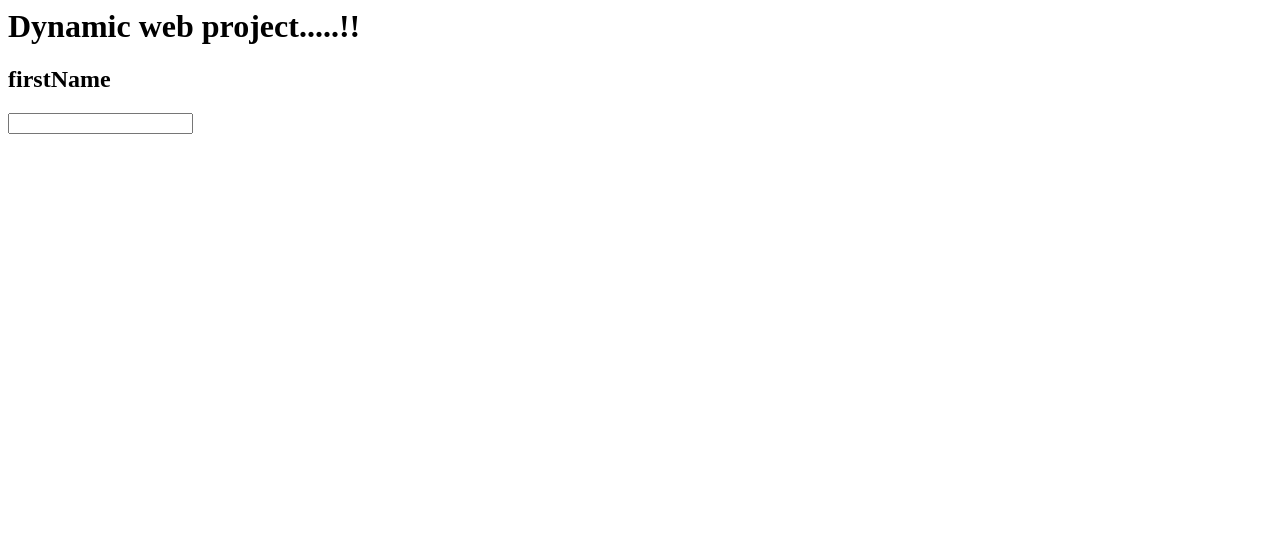
Repository: Jatdevta/AdvanceJava
Page: http://localhost/DynamicProject/FirstServlet
An editor plug-in stored every save of this project. The page is shown before and after the next save, followed by the edit.
The browser window is 1280 px wide. The pictures show the whole page.
The page is served by Tomcat 9.

Above is the page before, as saved 2023-08-16 09:40:50.

After the next save:
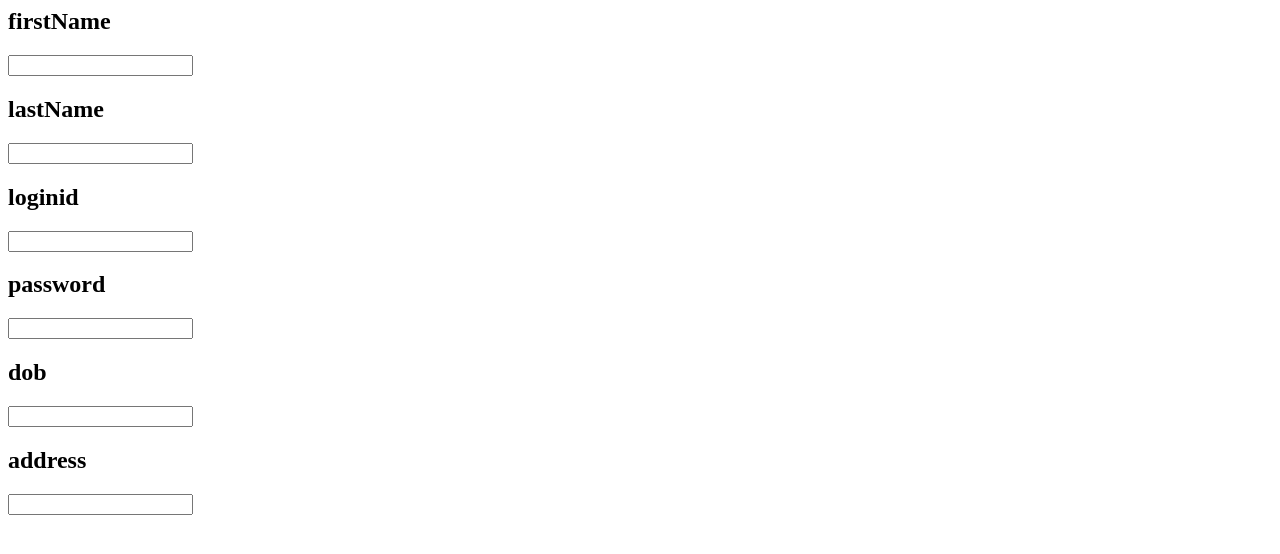
Saved 4 min 22 s later.
--- a/Advancejava/DynamicProject/src/in/co/rays/ctl/FirstServlet.java
+++ b/Advancejava/DynamicProject/src/in/co/rays/ctl/FirstServlet.java
@@ -19,10 +19,25 @@ public class FirstServlet extends HttpServlet {
 
 		PrintWriter out = resp.getWriter();
 
-		out.println("<h1>Dynamic web project.....!!</h1>");
 
 		out.println("<th><h2>firstName</h2>");
 		out.println("<td><input type = 'text' name ='firstName'></td");
+
+		out.println("<th><h2>lastName</h2>");
+		out.println("<td><input type = 'text' name ='lastName'></td");
+
+		out.println("<th><h2>loginid</h2>");
+		out.println("<td><input type = 'text' name ='loginId'></td");
+
+		out.println("<th><h2>password</h2>");
+		out.println("<td><input type = 'text' name ='password'></td");
+
+		out.println("<th><h2>dob</h2>");
+		out.println("<td><input type = 'text' name ='dob'></td");
+
+		out.println("<th><h2>address</h2>");
+		out.println("<td><input type = 'text' name ='address'></td");
+
 
 		out.close();
 
